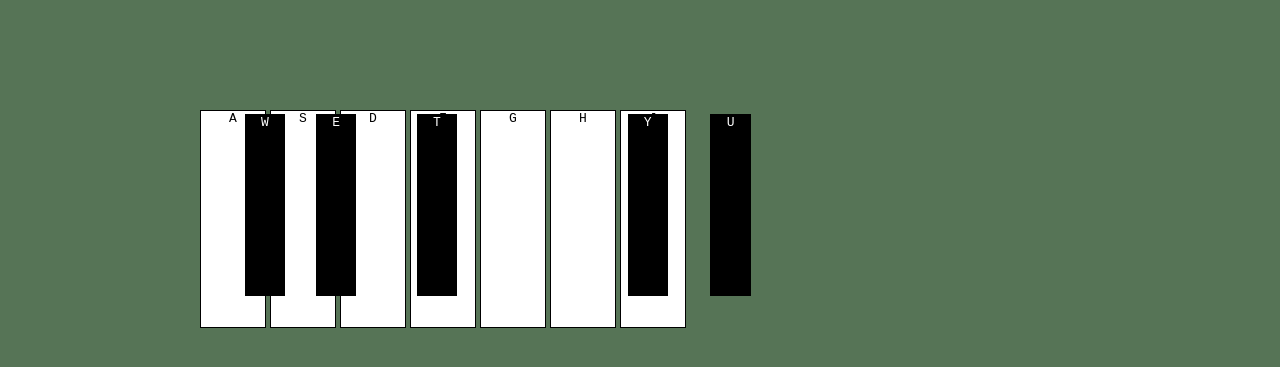
Repository: ctcoleman/Virtual-Piano
Page: index.html
An editor plug-in stored every save of this project. The page is shown before and after a run of saves, followed by the edit.
The browser window is 1280 px wide. The pictures show the whole page.

Above is the page before, as saved 2020-07-20 09:27:34.

### index.html
<!DOCTYPE html>
<html>

<head>
    <meta charset="utf-8">
    <link type="text/css" rel="stylesheet" href="./index.css">
    <title>Chris's Keyboard Piano</title>
</head>

<body>
    <div class="container">
        <div class="white-keys">
            <kbd class="white-key" id="KeyA">A</kbd>
            <kbd class="white-key" id="KeyS">S</kbd>
            <kbd class="white-key" id="KeyD">D</kbd>
            <kbd class="white-key" id="KeyF">F</kbd>
            <kbd class="white-key" id="KeyG">G</kbd>
            <kbd class="white-key" id="KeyH">H</kbd>
            <kbd class="white-key" id="KeyJ">J</kbd>
        </div>
        <div class="black-keys">
            <kbd class="black-key" id="KeyW">W</kbd>
            <kbd class="black-key" id="KeyE">E</kbd>
            <kbd class="black-key" id="KeyT">T</kbd>
            <kbd class="black-key" id="KeyY">Y</kbd>
            <kbd class="black-key" id="KeyU">U</kbd>
        </div>
    </div>
    <script src="./index.js"></script>
</body>

</html>

### index.css
/*
=== Basic Styling ===
 */
html {
    background: rgba(1, 46, 1, 0.664);
    color: black;
    box-sizing: border-box;
}

/*
=== Keyboard Styling ===
*/
.container {
    position: relative;
    width: 60vw;
    height: 30vh;
    margin: 15vh 15vw;
}
/*
=== White Keys Styling ===
*/
.white-keys {
    width: 70vw;
}
.white-keys .white-key {
    text-align: center;
    display: inline-block;
    width: 5vw;
    height: 30vh;
    background: white;
    border: 1px solid black;
}
/*
=== Black Keys Styling ===
*/
.black-keys {
    width: 70vw;
    position: relative;

}
.black-keys .black-key {
    position: relative;
    z-index: 1;
    top: -30vh;
    text-align: center;
    display: inline-block;
    width: 3vw;
    height: 25vh;
    background: black;
    color: white;
    border: 1px solid black;
}
#KeyW {
    left: 3.5vw;
}
#KeyE {
    left: 5.6vw;
}
#KeyT {
    left: 10vw;
}
#KeyY {
    left: 23vw;
}
#KeyU {
    left: 26vw;
}

### index.js
const aKey = document.getElementById('KeyA')
const sKey = document.getElementById('KeyS')
const dKey = document.getElementById('KeyD')
const fKey = document.getElementById('KeyF')
const gKey = document.getElementById('KeyG')
const hKey = document.getElementById('KeyH')
const jKey = document.getElementById('KeyJ')
const wKey = document.getElementById('KeyW')
const eKey = document.getElementById('KeyE')
const tKey = document.getElementById('KeyT')
const yKey = document.getElementById('KeyY')
const uKey = document.getElementById('KeyU')






const keys = [aKey, sKey, dKey, fKey, gKey, hKey, jKey, wKey, eKey, tKey, yKey, uKey]
console.log(keys)
document.addEventListener('keypress', (keyPressed) => {
    const key = keyPressed.code
    switch (key) {
        case keys[0].id:
            new Audio('./keys/A.mp3').play()
            break
        case keys[1].id:
            new Audio('./keys/S.mp3').play()
            break
        case keys[2].id:
            new Audio('./keys/D.mp3').play()
            break
        case keys[3].id:
            new Audio('./keys/F.mp3').play()
            break
        case keys[4].id:
            new Audio('./keys/G.mp3').play()
            break
        case keys[5].id:
            new Audio('./keys/H.mp3').play()
            break
        case keys[6].id:
            new Audio('./keys/J.mp3').play()
            break
        case keys[7].id:
            new Audio('./keys/W.mp3').play()
            break
        case keys[8].id:
            new Audio('./keys/E.mp3').play()
            break
        case keys[9].id:
            new Audio('./keys/T.mp3').play()
            break
        case keys[10].id:
            new Audio('./keys/Y.mp3').play()
            break
        case keys[11].id:
            new Audio('./keys/U.mp3').play()
            break
        default:
            console.log('Invalid Key Press')
    }
})

After the next 6 saves:
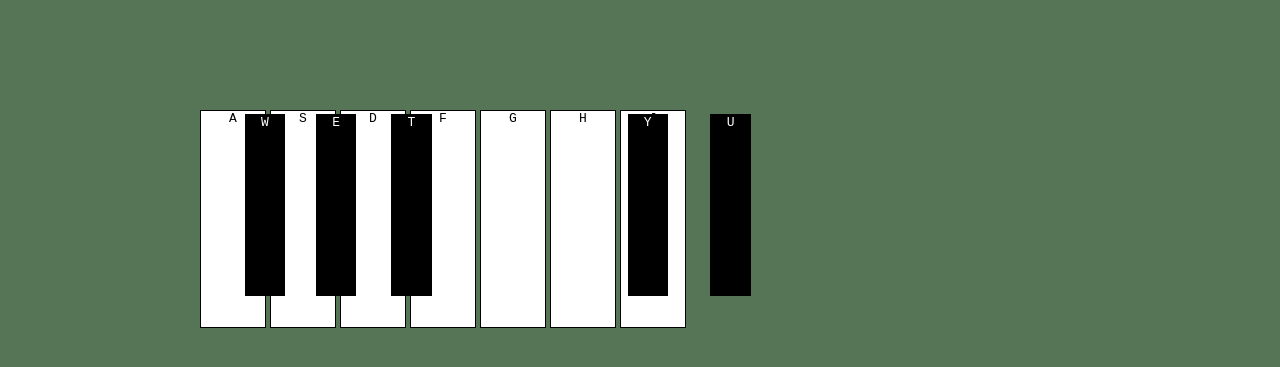
The 6 saves are shown as one change because they came seconds apart.
The last was saved 16 s later.
--- a/index.css
+++ b/index.css
@@ -57,7 +57,7 @@ html {
     left: 5.6vw;
 }
 #KeyT {
-    left: 10vw;
+    left: 8vw;
 }
 #KeyY {
     left: 23vw;
